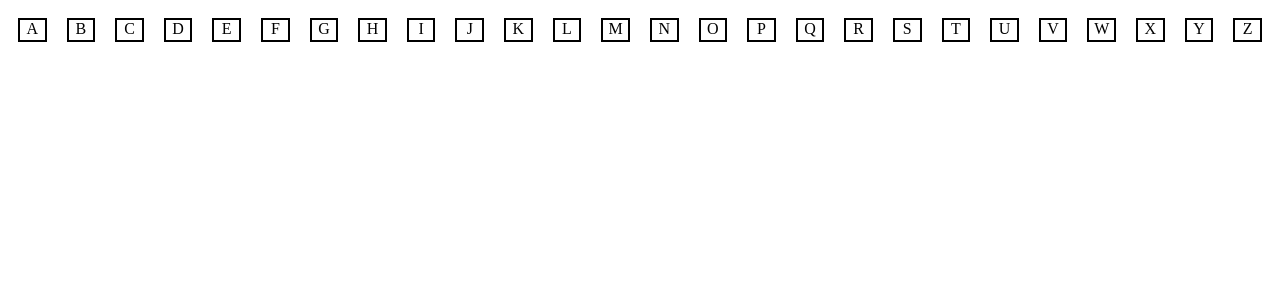
Repository: jcohenp/DI_Exercises
Page: W3/D3/normal/ex_1/index (1).html
These files come from the project's save history. The page is drawn as it stood at one moment and after the next save; the edit follows.
The browser window is 1280 px wide. The pictures show the whole page.

Above is the page before, as saved 2020-08-25 22:42:52.

### W3/D3/normal/ex_1/index (1).html
<!DOCTYPE html>
<html lang="en">

<head>
    <meta charset="UTF-8">
    <meta name="viewport" content="width=device-width, initial-scale=1.0">
    <title>Document</title>
</head>

<body>
    <div id="container"></div>
    <script src="./js/script2.js"></script>
</body>

</html>

### W3/D3/normal/ex_1/js/script2.js
parent = document.getElementById("container");
parent.style.display = "flex";
parent.style.width = "100%";
parent.style.height = "500px";


for (boxnr = 0; boxnr < 26; ++boxnr) {
    let box = document.createElement("div");
    box.setAttribute("id", boxnr);
    box.classList.add("draggable")
    box.setAttribute("draggable", "true");
    box.setAttribute("ondragstart", "drag(event);")
    box.setAttribute("ondragover", "allowDrop(event)")
    box.setAttribute("ondrop", "drop(event)")
    box.classList.add("dropzone")
    box.style.width = "100px";
    box.style.height = "20px";
    box.style.margin = "10px";
    box.style.textAlign = "center"
    box.style.border = "2px solid black";
    box.innerHTML = String.fromCharCode(65 + boxnr)
    parent.appendChild(box);
}

function allowDrop(allowdropevent) {
    allowdropevent.target.style.color = 'blue';
    allowdropevent.preventDefault();
}

function drag(dragevent) {
    dragevent.dataTransfer.setData("text", dragevent.target.className);
    dragevent.target.style.fontSize = '2em';

}

function drop(dropevent) {
    dropevent.preventDefault();
    var data = dropevent.dataTransfer.getData("text");
    dropevent.target.appendChild(document.getElementsByClassName(data));
    document.getElementsByClassName("draggable").style.color = 'black';
}

After the next save:
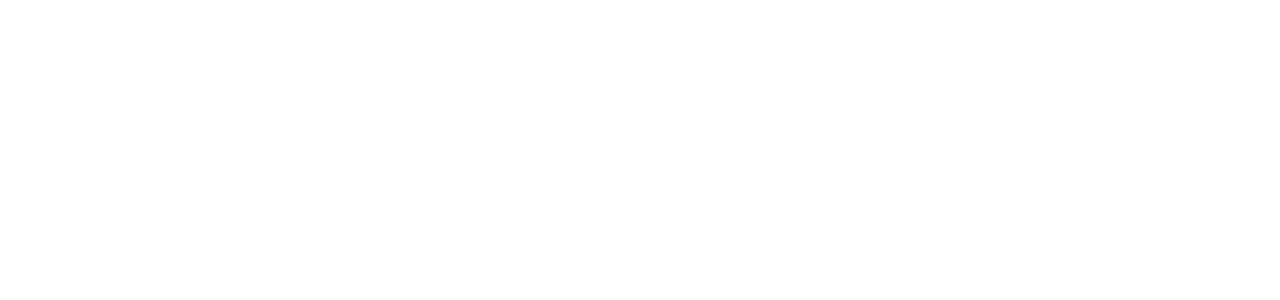
Console error: SyntaxError: Unexpected identifier 'px'
Saved 10 s later.
--- a/W3/D3/normal/ex_1/js/script2.js
+++ b/W3/D3/normal/ex_1/js/script2.js
@@ -14,7 +14,7 @@
     box.setAttribute("ondrop", "drop(event)")
     box.classList.add("dropzone")
     box.style.width = "100px";
-    box.style.height = "20px";
+    box.style.height = 50 px ";
     box.style.margin = "10px";
     box.style.textAlign = "center"
     box.style.border = "2px solid black";

After the save that followed:
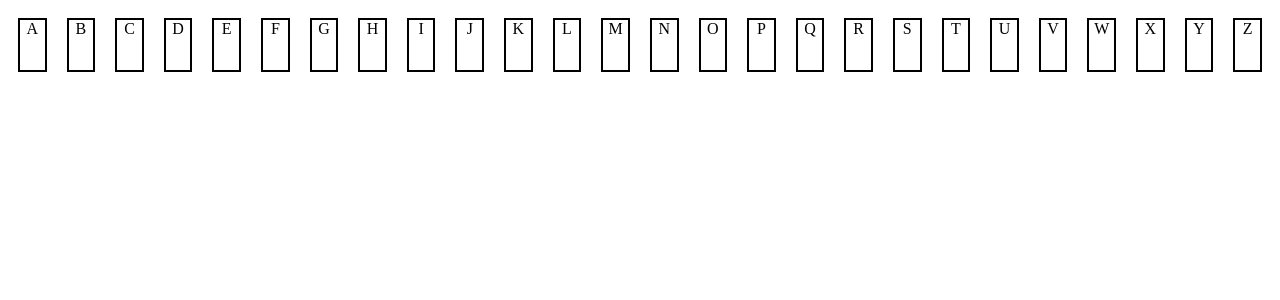
The error is gone.
Saved 5 s later.
--- a/W3/D3/normal/ex_1/js/script2.js
+++ b/W3/D3/normal/ex_1/js/script2.js
@@ -14,7 +14,7 @@
     box.setAttribute("ondrop", "drop(event)")
     box.classList.add("dropzone")
     box.style.width = "100px";
-    box.style.height = 50 px ";
+    box.style.height = "50px";
     box.style.margin = "10px";
     box.style.textAlign = "center"
     box.style.border = "2px solid black";
